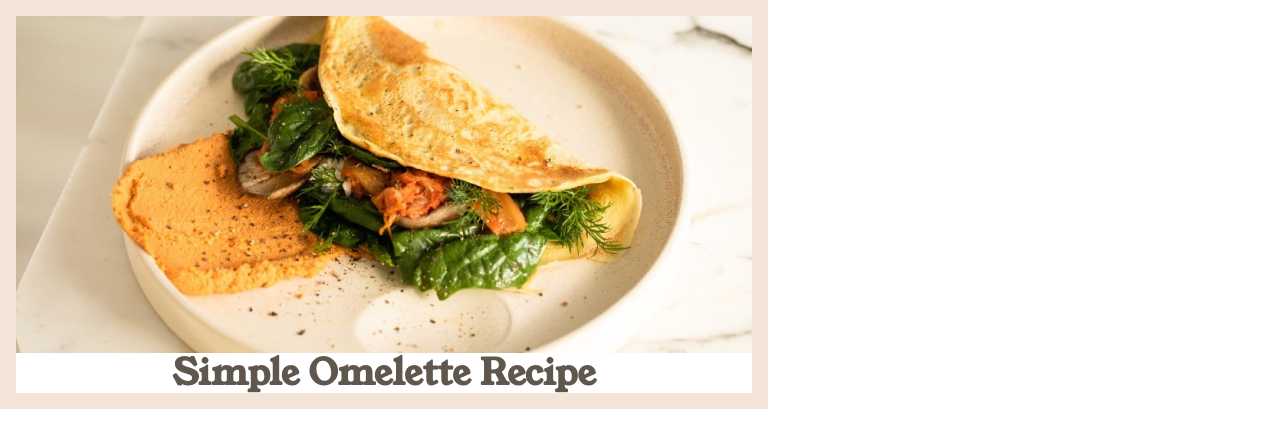
Repository: nivrii/recipe-page-main
Page: /
These files come from the project's save history. The page is drawn as it stood at one moment and after the next save; the edit follows.
The browser window is 1280 px wide. The pictures show the whole page.
The project was rebuilt for these pictures with package versions that can differ from the ones it lists, and the page was loaded fresh each time. Also part of the build but not shown: vite.config.js, src/index.css.

Above is the page before, as saved 2024-03-23 14:15:38.

### src/App.jsx
import "./App.css";
import omelette from "./assets/images/image-omelette.jpeg";

function App() {
  return (
    <div className="container flex flex-col md:p-4 md:bg-eggshell w-screen min-h-max">
      <div>
        <img src={omelette} alt="omelette" className="w-screen md:w-auto" />
      </div>
      <div className="bg-white">
        <h1 className="text-center text-wengeBrown text-4xl font-bold font-young">
          Simple Omelette Recipe
        </h1>
      </div>
    </div>
  );
}

export default App;

### src/App.css
@import url("https://fonts.googleapis.com/css2?family=Young+Serif&display=swap");

@import url("https://fonts.googleapis.com/css2?family=Outfit:wght@100..900&display=swap");

@import "tailwindcss/base";
@import "tailwindcss/components";
@import "tailwindcss/utilities";

### tailwind.config.js
/** @type {import('tailwindcss').Config} */
export default {
  content: ["./index.html", "./src/**/*.{js,ts,jsx,tsx}"],
  theme: {
    screens: {
      'sm': '375px',
      'md': '768px',
      'lg': '1440px',
      'xl': '1920px',
    },
    extend: {
      fontFamily: {
        outfit: ["Outfit", "sans-serif"],
        young: ["Young Serif", "serif"],
      },
      colors: {
        roseWhite: "hsl(330, 100%, 98%)",
        white: "hsl(0, 0%, 100%)",
        eggshell: "hsl(30, 54%, 90%)",
        lightGrey: "hsl(30, 18%, 87%)",
        wengeBrown: "hsl(30, 10%, 34%)",
        darkCharcoal: "hsl(24, 5%, 18%)",
        nutmeg: "hsl(14, 45%, 36%)",
        darkRaspberry: "hsl(332, 51%, 32%)",
      },
    },
  },
  plugins: [],
};

Loaded but not shown: index.html (common file); src/main.jsx (common file)

After the next save:
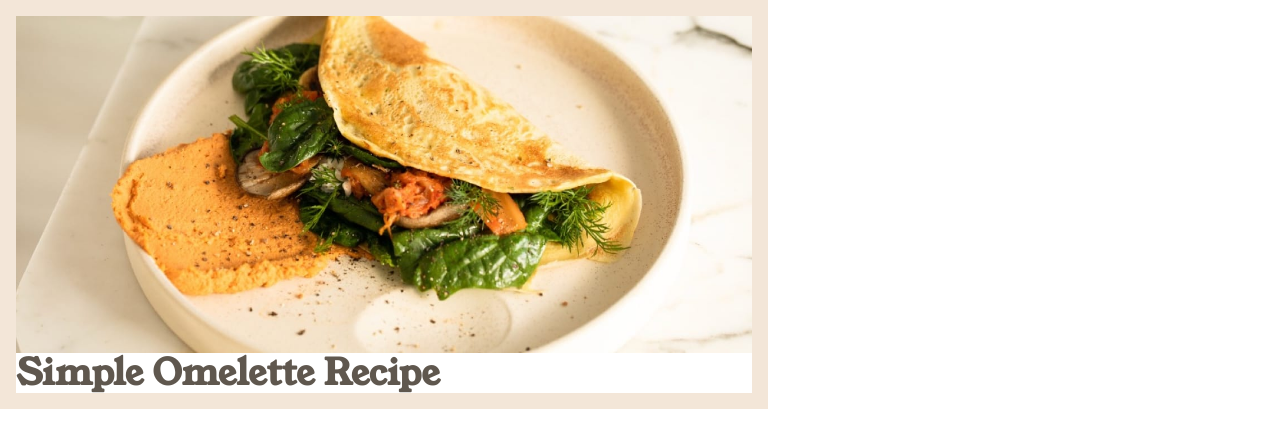
Saved 27 s later.
--- a/src/App.jsx
+++ b/src/App.jsx
@@ -8,7 +8,7 @@ function App() {
         <img src={omelette} alt="omelette" className="w-screen md:w-auto" />
       </div>
       <div className="bg-white">
-        <h1 className="text-center text-wengeBrown text-4xl font-bold font-young">
+        <h1 className="text-left text-wengeBrown text-4xl font-bold font-young">
           Simple Omelette Recipe
         </h1>
       </div>
